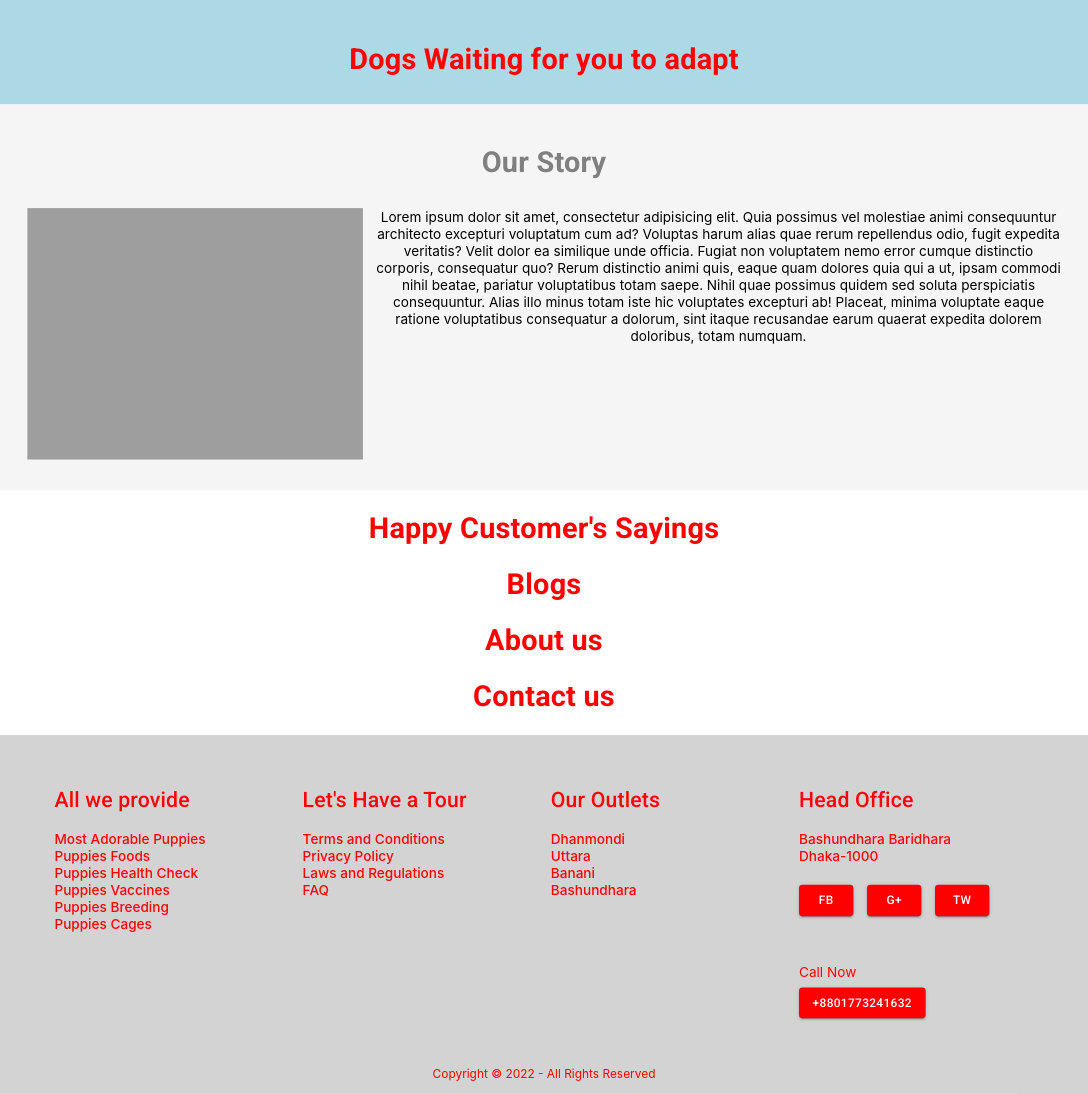
Repository: Sharif-00112/dogos-paradise-client
Page: /
The author's editor kept a copy of each file at every save. The page is drawn from the files as they stood at one save, then again after the next save.
The browser window is 1280 px wide. The pictures show the part of the page from y = 1041 to 2328 px (the page is 2328 px tall), at 85% of full size.
Pictures or frames that could not be fetched are drawn as grey boxes. The page's requests for data from a server got no answer. The project was rebuilt for these pictures with package versions that can differ from the ones it lists, and the page was loaded fresh each time. Some packages were replaced by stand-ins written for this rebuild. No one was signed in, and anything a server would have sent is missing. Also part of the build but not shown: src/Pages/Home/Dog/Dog.js, src/Pages/Login/Login/Login.js, src/Pages/Login/Register/Register.js, src/Pages/NotFound/NotFound.js.

Above is the page before, as saved 2022-12-05 22:28:09.

### public/index.html
<!DOCTYPE html>
<html lang="en">
  <head>
    <meta charset="utf-8" />
    <link rel="icon" href="%PUBLIC_URL%/favicon.ico" />
    <meta name="viewport" content="width=device-width, initial-scale=1" />
    <meta name="theme-color" content="#000000" />
    <meta
      name="description"
      content="Web site created using create-react-app"
    />
    <link
      rel="stylesheet" href="https://fonts.googleapis.com/css?family=Roboto:300,400,500,700&display=swap"
    />

    <link rel="apple-touch-icon" href="%PUBLIC_URL%/logo192.png" />
    <!--
      manifest.json provides metadata used when your web app is installed on a
      user's mobile device or desktop. See https://developers.google.com/web/fundamentals/web-app-manifest/
    -->
    <link rel="manifest" href="%PUBLIC_URL%/manifest.json" />
    <!--
      Notice the use of %PUBLIC_URL% in the tags above.
      It will be replaced with the URL of the `public` folder during the build.
      Only files inside the `public` folder can be referenced from the HTML.

      Unlike "/favicon.ico" or "favicon.ico", "%PUBLIC_URL%/favicon.ico" will
      work correctly both with client-side routing and a non-root public URL.
      Learn how to configure a non-root public URL by running `npm run build`.
    -->
    <title>React App</title>
  </head>
  <body>
    <noscript>You need to enable JavaScript to run this app.</noscript>
    <div id="root"></div>
    <!--
      This HTML file is a template.
      If you open it directly in the browser, you will see an empty page.

      You can add webfonts, meta tags, or analytics to this file.
      The build step will place the bundled scripts into the <body> tag.

      To begin the development, run `npm start` or `yarn start`.
      To create a production bundle, use `npm run build` or `yarn build`.
    -->
  </body>
</html>

### src/App.js
import React  from 'react';
import './App.css';
import { BrowserRouter as Router, Route, Routes} from 'react-router-dom';
import Home from './Pages/Home/Home/Home';
import Login from './Pages/Login/Login/Login';
import Register from './Pages/Login/Register/Register';
import AuthProvider from './contexts/AuthProvider/AuthProvider';
// import PrivateRoute from './Pages/Login/PrivateRoute/PrivateRoute';
import NotFound from './Pages/NotFound/NotFound';
import Contact from './Pages/Home/Contact/Contact';
import Story from './Pages/Home/Story/Story';
import CustomerReviews from './Pages/Home/CustomerReviews/CustomerReviews';
import Blogs from './Pages/Home/Blogs/Blogs';
import About from './Pages/Home/About/About';
import Dogs from './Pages/Home/Dogs/Dogs';
// import Footer from './Pages/Shared/Footer/Footer';
// import Dashboard from './Pages/Dashboard/Dashboard/Dashboard';

function App() {
  return (
    <div className="App">
      <AuthProvider>
        <Router>
          <Routes>
            <Route exact path = '/' element={<Home/>}/>
            <Route exact path = '/home' element={<Home/>}/>
            <Route exact path = '/login' element={<Login/>}/>
            <Route exact path = '/register' element={<Register/>}/>
            <Route exact path = '/contact' element={<Contact/>}/>
            <Route exact path = '/dogs' element={<Dogs/>}/>
            <Route exact path = '/story' element={<Story/>}/>
            <Route exact path = '/reviews' element={<CustomerReviews/>}/>
            <Route exact path = '/blogs' element={<Blogs/>}/>
            <Route exact path = '/about' element={<About/>}/>
            {/* <Route exact path = '/appointment' element = {
              <PrivateRoute>
                <Appointment></Appointment>
              </PrivateRoute>
            }> </Route> */}
            {/* <Route path = 'dashboard/*' element = {
              <PrivateRoute>
                <Dashboard></Dashboard>
              </PrivateRoute>
            }> </Route> */}
            <Route path = '*' element={<NotFound/>}/>
          </Routes>
          {/* <Footer></Footer> */}
        </Router>
      </AuthProvider>
    </div>
  );
}

export default App;

### src/Pages/Home/Home/Home.js
import React from 'react';
import Footer from '../../Shared/Footer/Footer';
import Navigation from '../../Shared/Navigation/Navigation';
import About from '../About/About';
import Banner from '../Banner/Banner';
import Blogs from '../Blogs/Blogs';
import Contact from '../Contact/Contact';
import CustomerReviews from '../CustomerReviews/CustomerReviews';
import Dogs from '../Dogs/Dogs';
import Story from '../Story/Story';

const Home = () => {
    return (
        <div>
            <Navigation></Navigation>
            <Banner></Banner>
            <Dogs></Dogs>
            <Story></Story>
            <CustomerReviews></CustomerReviews>
            <Blogs></Blogs>
            <About></About>
            <Contact></Contact>
            <Footer></Footer>
        </div>
    );
};

export default Home;

### src/contexts/AuthProvider/AuthProvider.js
import React from 'react';
import { createContext } from 'react';
import useFirebase from '../../hooks/useFirebase';

//step-1-context
export const AuthContext = createContext();

const AuthProvider = (props) => {
    //step-3-context
    const {children} = props;

    //step-5-context
    const allContexts = useFirebase();

    return (
        //step-2-context
        <AuthContext.Provider value={allContexts}>
            {children}
        </AuthContext.Provider>
    );
};

export default AuthProvider;

### src/Pages/Home/Contact/Contact.js
import React from 'react';
import { Typography } from '@mui/material';

const Contact = () => {
    return (
        <div>
            <Typography sx={{ m: 3, color: 'red', fontWeight: 600 }} variant="h4" component="div">
                Contact us
            </Typography>
        </div>
    );
};

export default Contact;

### src/Pages/Home/Story/Story.js
import React from 'react';
import { Typography } from '@mui/material';
import Box from '@mui/material/Box';
import Grid from '@mui/material/Unstable_Grid2';


const Story = () => {
    return (
        <Box sx={{backgroundColor:"whitesmoke", p:4}}>
            <Typography sx={{ mt: 2, mb:4, color: 'gray', fontWeight: 600 }} variant="h4" component="div">
                Our Story
            </Typography>
            <Box sx={{ flexGrow: 1 }}>
                <Grid container spacing={2}>
                    <Grid xs={6} md={4}>
                        <img style={{ width: '100%'}} src="https://i.ibb.co/M8w31YS/dog-story.jpg" alt="dog-story" />
                    </Grid>
                    <Grid xs={6} md={8}>
                        Lorem ipsum dolor sit amet, consectetur adipisicing elit. Quia possimus vel molestiae animi consequuntur architecto excepturi voluptatum cum ad? Voluptas harum alias quae rerum repellendus odio, fugit expedita veritatis? Velit dolor ea similique unde officia. Fugiat non voluptatem nemo error cumque distinctio corporis, consequatur quo? Rerum distinctio animi quis, eaque quam dolores quia qui a ut, ipsam commodi nihil beatae, pariatur voluptatibus totam saepe. Nihil quae possimus quidem sed soluta perspiciatis consequuntur. Alias illo minus totam iste hic voluptates excepturi ab! Placeat, minima voluptate eaque ratione voluptatibus consequatur a dolorum, sint itaque recusandae earum quaerat expedita dolorem doloribus, totam numquam.
                    </Grid>
                </Grid>
            </Box>
        </Box>
    );
};

export default Story;

### src/Pages/Home/CustomerReviews/CustomerReviews.js
import React from 'react';
import { Typography } from '@mui/material';


const CustomerReviews = () => {
    return (
        <div>
            <Typography sx={{ m: 3, color: 'red', fontWeight: 600 }} variant="h4" component="div">
                Happy Customer's Sayings
            </Typography>
        </div>
    );
};

export default CustomerReviews;

### src/Pages/Home/Blogs/Blogs.js
import React from 'react';
import { Typography } from '@mui/material';


const Blogs = () => {
    return (
        <div>
            <Typography sx={{ m: 3, color: 'red', fontWeight: 600 }} variant="h4" component="div">
                Blogs
            </Typography>
        </div>
    );
};

export default Blogs;

### src/Pages/Home/About/About.js
import React from 'react';
import { Typography } from '@mui/material';

const About = () => {
    return (
        <div>
            <Typography sx={{ m: 3, color: 'red', fontWeight: 600 }} variant="h4" component="div">
                About us
            </Typography>
        </div>
    );
};

export default About;

### src/Pages/Home/Dogs/Dogs.js
import React, { useEffect, useState } from 'react';
import Box from '@mui/material/Box';
import Grid from '@mui/material/Unstable_Grid2';
import Typography from '@mui/material/Typography';
import { Container } from '@mui/material';
import Dog from '../Dog/Dog';

// const dogs = [
//     {
//         title: "Siberian Husky",
//         age: '13',
//         breed: 'Mixed',
//         image: 'https://i.ibb.co/VV1yxdy/dog-1.jpg',
//         price: 700,
//         description: 'Lorem ipsum dolor sit amet, consectetur adipisicing elit. Quo, magni ab. Sed aut nesciunt neque laudantium culpa sit? Possimus, id.'
//     },
//     {
//         title: "German Shepherd",
//         age: '8',
//         breed: 'Mixed',
//         image: 'https://i.ibb.co/tZcvfCd/dog-2.jpg',
//         price: 700,
//         description: 'Lorem ipsum dolor sit amet, consectetur adipisicing elit. Quo, magni ab. Sed aut nesciunt neque laudantium culpa sit? Possimus, id.'
//     },
//     {
//         title: "Golden Retriever",
//         age: '5',
//         breed: 'Mixed',
//         image: 'https://i.ibb.co/YPHDzsb/dog-3.jpg',
//         price: 700,
//         description: 'Lorem ipsum dolor sit amet, consectetur adipisicing elit. Quo, magni ab. Sed aut nesciunt neque laudantium culpa sit? Possimus, id.'
//     },
//     {
//         title: "Bulldog",
//         age: '6',
//         breed: 'Mixed',
//         image: 'https://i.ibb.co/bjty4nS/dog-4.jpg',
//         price: 700,
//         description: 'Lorem ipsum dolor sit amet, consectetur adipisicing elit. Quo, magni ab. Sed aut nesciunt neque laudantium culpa sit? Possimus, id.'
//     },
//     {
//         title: "Irish Setter",
//         age: '9',
//         breed: 'Mixed',
//         image: 'https://i.ibb.co/QPSnF0t/dog-5.jpg',
//         price: 700,
//         description: 'Lorem ipsum dolor sit amet, consectetur adipisicing elit. Quo, magni ab. Sed aut nesciunt neque laudantium culpa sit? Possimus, id.'
//     },
//     {
//         title: "Brussels Griffon",
//         age: '4',
//         breed: 'Mixed',
//         image: 'https://i.ibb.co/z5kJHB2/dog-6.jpg',
//         price: 700,
//         description: 'Lorem ipsum dolor sit amet, consectetur adipisicing elit. Quo, magni ab. Sed aut nesciunt neque laudantium culpa sit? Possimus, id.'
//     },
//     {
//         title: "Newfoundland",
//         age: '15',
//         breed: 'Mixed',
//         image: 'https://i.ibb.co/mD4CtfC/dog-7.jpg',
//         price: 700,
//         description: 'Lorem ipsum dolor sit amet, consectetur adipisicing elit. Quo, magni ab. Sed aut nesciunt neque laudantium culpa sit? Possimus, id.'
//     },
//     {
//         title: "French Bulldog",
//         age: '7',
//         breed: 'Mixed',
//         image: 'https://i.ibb.co/PCQT44S/dog-8.jpg',
//         price: 700,
//         description: 'Lorem ipsum dolor sit amet, consectetur adipisicing elit. Quo, magni ab. Sed aut nesciunt neque laudantium culpa sit? Possimus, id.'
//     },
//     {
//         title: "Beagle",
//         age: '12',
//         breed: 'Mixed',
//         image: 'https://i.ibb.co/XLvC5BW/dog-9.jpg',
//         price: 700,
//         description: 'Lorem ipsum dolor sit amet, consectetur adipisicing elit. Quo, magni ab. Sed aut nesciunt neque laudantium culpa sit? Possimus, id.'
//     },
//     {
//         title: "Poodle",
//         age: '15',
//         breed: 'Mixed',
//         image: 'https://i.ibb.co/rxMv41c/dog-10.jpg',
//         price: 700,
//         description: 'Lorem ipsum dolor sit amet, consectetur adipisicing elit. Quo, magni ab. Sed aut nesciunt neque laudantium culpa sit? Possimus, id.'
//     }
// ]

const Dogs = () => {
    const [dogs, setDogs] = useState([]);

    useEffect(() => {
        fetch('http://localhost:3005/dogs')
        .then(res => res.json())
        .then(data => setDogs(data))
    }, []);

    return (
        <div>
            <Box sx={{ flexGrow: 1, backgroundColor:"lightblue", py:4 }}>
                <Container>
                    <Typography sx={{ p:3, color: 'red', fontWeight: 600 }} variant="h4" component="div">
                        Dogs Waiting for you to adapt
                    </Typography>

                    <Grid container spacing={{ xs: 2, md: 3 }} columns={{ xs: 4, sm: 8, md: 12 }}>
                        {
                            dogs.map(dog => (
                                <Grid xs={2} sm={4} md={4} key={dog._id}>
                                    <Dog
                                        key= {dog._id}
                                        dog = {dog}
                                    ></Dog>
                                </Grid>
                            ))
                        }
                    </Grid>
                </Container>
            </Box>
        </div>
    );
};

export default Dogs;

### src/Pages/Home/Banner/Banner.js
import React from 'react';
import { Typography } from '@mui/material';

const Banner = () => {
    return (
        <div>
            {/* <Typography sx={{ m: 3, color: 'red', fontWeight: 600 }} variant="h4" component="div">
                Head Banner
            </Typography> */}
            <img style={{ width: '100%'}} src="https://i.ibb.co/Mnn0NX3/dog-cover-1.jpg" alt="dog-human playing" />
            <Typography sx={{ mt: -25, mb:8, color: 'red', fontWeight: 700 }} variant="h4" component="div">
                Dogs are not only pets;
                <br /> <br />
                They are "L O V E"
            </Typography>
        </div>
    );
};

export default Banner;

### src/hooks/useAuth.js
//step-6-context

import { useContext } from "react"
import { AuthContext } from "../../src/contexts/AuthProvider/AuthProvider"

const useAuth = () =>{
    return useContext(AuthContext);
}

export default useAuth;

### src/Pages/Login/Firebase/firebase.initialize.js
import { initializeApp } from "firebase/app";
import firebaseConfig from "./firebase.config";

const initializeAuthentication = () =>{
    initializeApp(firebaseConfig);
}

export default initializeAuthentication;

### src/Pages/Login/Firebase/firebase.config.js
// console.log(process.env);

const firebaseConfig = {
  apiKey: process.env.REACT_APP_FIREBASE_API_KEY,
  authDomain: process.env.REACT_APP_FIREBASE_AUTH_DOMAIN,
  projectId: process.env.REACT_APP_FIREBASE_PROJECT_ID,
  storageBucket: process.env.REACT_APP_FIREBASE_STORAGE_BUCKET,
  messagingSenderId: process.env.REACT_APP_FIREBASE_MESSAGING_SENDER_ID,
  appId: process.env.REACT_APP_FIREBASE_APP_ID,
  measurementId: process.env.REACT_APP_FIREBASE_MEASUREMENT_ID
};

export default firebaseConfig;

// .env.local
// REACT_APP_FIREBASE_API_KEY=AIzaSyCGaQ8G2l5KeOKX4bAJ7MC19oWW_2vnTNQ
// REACT_APP_FIREBASE_AUTH_DOMAIN=dogos-paradise.firebaseapp.com
// REACT_APP_FIREBASE_PROJECT_ID=dogos-paradise
// REACT_APP_FIREBASE_STORAGE_BUCKET=dogos-paradise.appspot.com
// REACT_APP_FIREBASE_MESSAGING_SENDER_ID=824394057307
// REACT_APP_FIREBASE_APP_ID=1:824394057307:web:727ac0c86627b9544a617e
// REACT_APP_FIREBASE_MEASUREMENT_ID=G-DL8JJ6MYSD

// const firebaseConfig = {
  // apiKey: "AIzaSyCGaQ8G2l5KeOKX4bAJ7MC19oWW_2vnTNQ",
  // authDomain: "dogos-paradise.firebaseapp.com",
  // projectId: "dogos-paradise",
  // storageBucket: "dogos-paradise.appspot.com",
  // messagingSenderId: "824394057307",
  // appId: "1:824394057307:web:727ac0c86627b9544a617e",
  // measurementId: "G-DL8JJ6MYSD"
// };

Loaded but not shown: src/index.js (common file); src/index.css (common file); src/reportWebVitals.js (common file); src/App.css (common file); src/Pages/Shared/Navigation/Navigation.js (229 lines, source omitted); src/hooks/useFirebase.js (273 lines, source omitted); src/Pages/Shared/Footer/Footer.js (156 lines, source omitted)

After the next save:
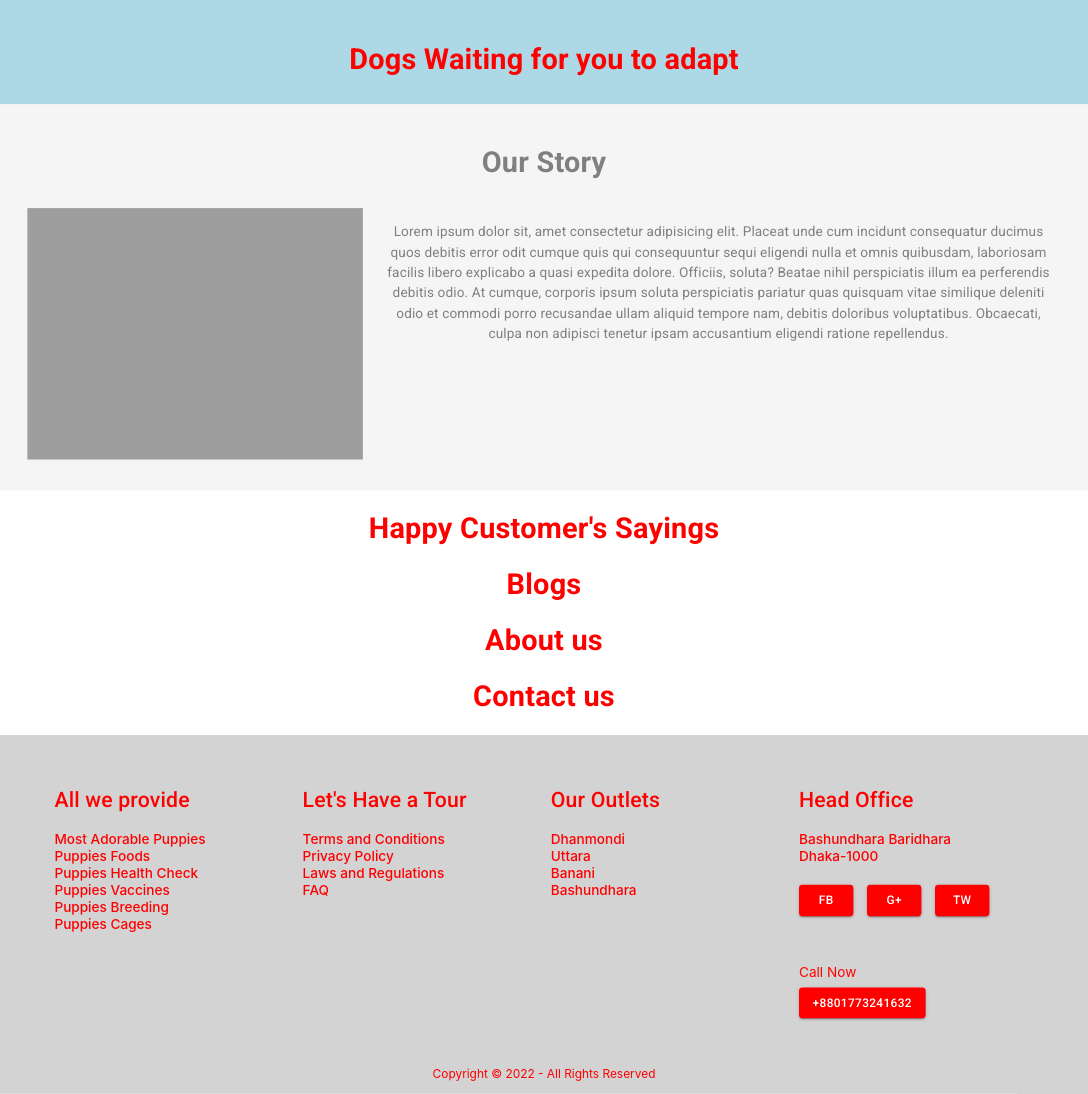
Saved 100 s later.
--- a/src/Pages/Home/Story/Story.js
+++ b/src/Pages/Home/Story/Story.js
@@ -16,7 +16,9 @@ const Story = () => {
                         <img style={{ width: '100%'}} src="https://i.ibb.co/M8w31YS/dog-story.jpg" alt="dog-story" />
                     </Grid>
                     <Grid xs={6} md={8}>
-                        Lorem ipsum dolor sit amet, consectetur adipisicing elit. Quia possimus vel molestiae animi consequuntur architecto excepturi voluptatum cum ad? Voluptas harum alias quae rerum repellendus odio, fugit expedita veritatis? Velit dolor ea similique unde officia. Fugiat non voluptatem nemo error cumque distinctio corporis, consequatur quo? Rerum distinctio animi quis, eaque quam dolores quia qui a ut, ipsam commodi nihil beatae, pariatur voluptatibus totam saepe. Nihil quae possimus quidem sed soluta perspiciatis consequuntur. Alias illo minus totam iste hic voluptates excepturi ab! Placeat, minima voluptate eaque ratione voluptatibus consequatur a dolorum, sint itaque recusandae earum quaerat expedita dolorem doloribus, totam numquam.
+                        <Typography sx={{ mx: 1, my:2, color: 'gray', fontWeight: 400 }} variant="body1" component="div">
+                            Lorem ipsum dolor sit, amet consectetur adipisicing elit. Placeat unde cum incidunt consequatur ducimus quos debitis error odit cumque quis qui consequuntur sequi eligendi nulla et omnis quibusdam, laboriosam facilis libero explicabo a quasi expedita dolore. Officiis, soluta? Beatae nihil perspiciatis illum ea perferendis debitis odio. At cumque, corporis ipsum soluta perspiciatis pariatur quas quisquam vitae similique deleniti odio et commodi porro recusandae ullam aliquid tempore nam, debitis doloribus voluptatibus. Obcaecati, culpa non adipisci tenetur ipsam accusantium eligendi ratione repellendus.
+                        </Typography>
                     </Grid>
                 </Grid>
             </Box>
